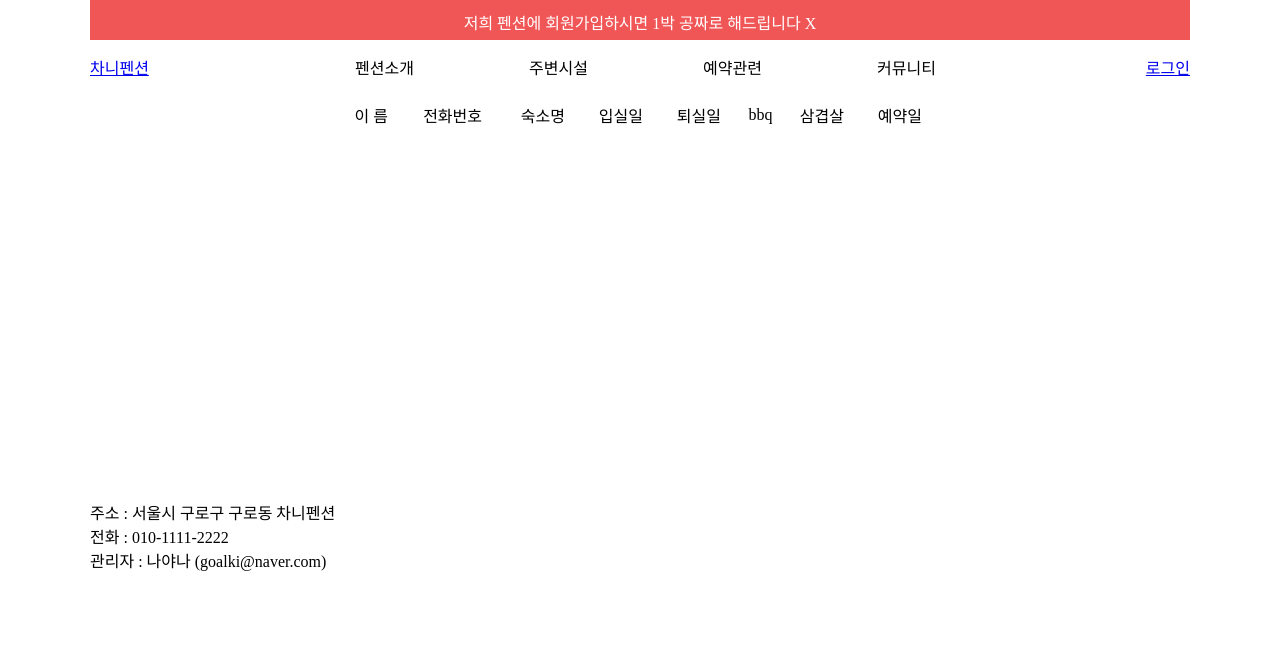
Repository: goalki/pension
Page: http://localhost/pension/admin/reserve_view.jsp
These files come from the project's save history. The page is drawn as it stood at one moment and after the next save; the edit follows.
The browser window is 1280 px wide. The pictures show the whole page.
The page is served by Tomcat 9. Other server files are loaded and not shown. Queries for data that is not in the repository find no rows.

Above is the page before, as saved 2021-01-18 07:27:03.

### pension/WebContent/admin/reserve_view.jsp
<%@ page language="java" contentType="text/html; charset=UTF-8"
    pageEncoding="UTF-8"%>
<%@ include file="../top.jsp" %>
<%@ taglib prefix="c" uri="http://java.sun.com/jsp/jstl/core" %>
<%@page import="pension.dao.Dao" %>
<%@page import="java.util.ArrayList" %>
<%@page import="pension.dto.ReserveDto" %>
<%
   // reserve테이블에 모두 읽어와서 출력
   Dao dao=new Dao();
   ArrayList<ReserveDto> list=dao.admin_reserve();
   pageContext.setAttribute("list", list);
%>
 <style>
  #section {
    width:1100px;
    height:400px;
    margin:auto;
    text-align:center;
  }
  #section #reserve {
    width:700px;
    margin:auto;
  }
 </style>
 <div id="section">
   <div id="reserve">
      <table width="600" align="center">
        <tr>
          <td> 이 름 </td>
          <td> 전화번호 </td>
          <td> 숙소명 </td>
          <td> 입실일 </td>
          <td> 퇴실일 </td>
          <td> bbq </td>
          <td> 삼겹살 </td>
          <td> 예약일 </td>
        </tr>
       <c:forEach var="rdto" items="${list}">
        <tr>
          <td> ${rdto.name} </td>
          <td> ${rdto.phone} </td>
          <td> ${rdto.roomname} </td>
          <td> ${rdto.inday} </td>
          <td> ${rdto.outday} </td>
          <td> ${rdto.bbq} </td>
          <td> ${rdto.pork} </td>
          <td> ${rdto.writeday} </td>
        </tr>
       </c:forEach>
      </table>
   </div>
 </div>

<%@ include file="../bottom.jsp" %>

### pension/WebContent/top.jsp
<%@ page language="java" contentType="text/html; charset=UTF-8"
    pageEncoding="UTF-8"%>
<%@ taglib prefix="c" uri="http://java.sun.com/jsp/jstl/core" %>

<!DOCTYPE html>
<html>       <!-- index.jsp -->
<head>
<meta charset="UTF-8">
<title>Insert title here</title>
  <style>
    body {
      margin:0px;
    }
    #first {  /* 광고관련 1층 */
      width:1100px;
      height:30px;
      margin:auto;
      background:#f15657;
      text-align:center;
      padding-top:10px;
      color:white;
    }
    #second {  /* 로고, 메뉴 2층 */
      width:1100px;
      height:60px;
      margin:auto;
    }
    #second #left {
      padding-top:15px;
      width:100px;
      float:left;
    }
    #second #right {
      padding-top:15px;
      width:1000px;
      float:right;
      text-align:right;
    }
    #second #right #menu {
      display:inline-block;
      width:170px;
      height:30px; /* 주메뉴의 높이를 줘야 됩니다 */
      position:relative;
    }
    #second #right #menu:last-child {
      width:250px;
    }
    #second #right #menu .sub {
      position:absolute;
      width:120px;
      left:88px;
      top:10px;
      background:white;
      padding-left:0px;
      visibility:hidden;
      padding-top:10px;

    }
    #second #right #menu .sub li {
      list-style-type:none;
      text-align:center; /* 서브메뉴의 글자 중앙 */
    }


  </style>
    <script src="http://code.jquery.com/jquery-latest.js"></script>
  <script>
    function view_sub(n)
    {
    	document.getElementsByClassName("sub")[n].style.visibility="visible";
    }
    function hide_sub(n)
    {
    	document.getElementsByClassName("sub")[n].style.visibility="hidden";
    }

    $(function()
    {
    	$("#ff").click(function()
    	{
    		$("#first").slideUp();

    	});
    });
  </script>
</head>
<body>
  <div id="first">
     저희 펜션에 회원가입하시면  1박 공짜로 해드립니다
   <span id="ff"  style="cursor:pointer"> X </span>
  </div>
  <div id="second">
     <div id="left"> <a href="../main/index.jsp"> 차니펜션 </a></div>
     <div id="right">
        <span id="menu" onmouseenter="view_sub(0)" onmouseleave="hide_sub(0)"> 펜션소개
        <!-- 부메뉴 -->
           <ul class="sub">
            <li> <a href="../sogae/sogae.jsp"> 우리펜션 </a> </li>
            <li> 오시는길 </li>
           </ul>
        </span>
        <span id="menu" onmouseenter="view_sub(1)" onmouseleave="hide_sub(1)"> 주변시설
        <!-- 부메뉴 -->
           <ul class="sub">
            <li> 만리포 </li>
            <li> 연포</li>
            <li> 채석정 </li>
           </ul>
        </span>
        <span id="menu" onmouseenter="view_sub(2)" onmouseleave="hide_sub(2)"> 예약관련
         <!-- 부메뉴 -->
           <ul class="sub">
            <li>  예약 규정 </a> </li>
            <li> <a href="../reserve/reserve.jsp"> 실시간 예약 </a> </li>
           </ul>
        </span>
        <span id="menu" onmouseenter="view_sub(3)" onmouseleave="hide_sub(3)"> 커뮤니티
        <!-- 부메뉴 -->
           <ul class="sub">
            <li> 여행 후기 </li>
            <li> 자유게시판 </li>
           </ul>
        </span>
        <span id="menu">
          <!-- 로그인 전 -->
          <c:if test="${userid == null}">
           <a href="../login/login.jsp"> 로그인 </a>
          </c:if>
          <!-- 관리자 로그인 한 경우 -->
          <c:if test="${userid == 'admin'}">
           <a href="../admin/reserve_view.jsp"> 예약관리  </a> /
           <a href="../admin/member_view.jsp"> 회원관리 </a> /
           <a href="../login/logout.jsp"> 로그아웃 </a>
          </c:if>
          <!--  로그인 한 후 -->
          <c:if test="${userid != null and userid != 'admin'}">
            ${name}님!! <a href="../mypage/mypage.jsp"> 내정보 </a>  <a href="../login/logout.jsp"> 로그아웃 </a>
          </c:if>

        </span>
    </div>
  </div>
  <!-- 여기까지 1층과 2층  top.jsp -->

### pension/WebContent/bottom.jsp
<%@ page language="java" contentType="text/html; charset=UTF-8"
    pageEncoding="UTF-8"%>
 <style>
 #fifth {     /* 펜션소개 5층 */
      width:1100px;
      height:100px;
      margin:auto;
    }
 </style>
<!-- 여기부터 5층 => bottom.jsp -->
  <div id="fifth">
    주소 : 서울시 구로구 구로동 차니펜션 <br>
    전화 : 010-1111-2222 <br>
    관리자 : 나야나  (goalki@naver.com) <br>
  </div>

</body>
</html>

### pension/src/pension/dao/Dao.java
package pension.dao;

import java.sql.*;
import java.time.LocalDate;
import java.util.ArrayList;

import pension.dto.MemberDto;
import pension.dto.ReserveDto;
import pension.dto.RoomDto;

public class Dao {

	String db="jdbc:mysql://localhost:3306/pension";
	String userid="root";
    String pw="1234";
    Connection conn;
	public Dao() throws ClassNotFoundException, SQLException
	{
		Class.forName("com.mysql.jdbc.Driver"); // 기능은 무조건 메소드내에서 실행
		conn=DriverManager.getConnection(db,userid,pw);
	}
	// room 테이블의 전체내용을 가져오기
    public ArrayList<RoomDto> get_room() throws SQLException
    {
    	String sql="select name,id from room order by price asc";
    	Statement stmt=conn.createStatement();
    	ResultSet rs=stmt.executeQuery(sql);
    	ArrayList<RoomDto> list=new ArrayList<RoomDto>();
    	while(rs.next())
    	{
    		RoomDto rdto=new RoomDto();
    		rdto.setId(rs.getInt("id"));
    		rdto.setName(rs.getString("name"));
    		list.add(rdto);
    	}
    	/*
    	String sql="select name from room order by price asc";
    	Statement stmt=conn.createStatement();
    	ResultSet rs=stmt.executeQuery(sql);
    	ArrayList<String> list=new ArrayList<String>();
    	while(rs.next())
    	{
    		list.add(rs.getString("name"));
    	}
    	*/
    	return list;
    }

    // 사용자가 선택한 방의 정보를 가져오기
    public RoomDto select_room(String id) throws SQLException
    {
    	String sql="select * from room where id="+id;
    	Statement stmt=conn.createStatement();
    	ResultSet rs=stmt.executeQuery(sql);
    	rs.next();
    	RoomDto rdto=new RoomDto();
    	rdto.setId(rs.getInt("id"));
    	rdto.setName(rs.getString("name"));
    	rdto.setMax(rs.getInt("max"));
    	rdto.setMin(rs.getInt("min"));
    	rdto.setPrice(rs.getInt("price"));

    	return rdto;
    }

    public void insert(ReserveDto rdto,String userid) throws SQLException // reserve테이블에 입력값을 넣기
    {
    	// 쿼리 생성
    	String outday="date_add('"+rdto.getInday()+"', interval "+rdto.getSuk()+" day)";
    	String sql="insert into reserve(rid,name,phone,inday,outday";
    	sql=sql+",inwon1,inwon2,inwon3,bbq,pork,suk_price,etc_price,tot_price,writeday,userid) ";
    	sql=sql+" values(?,?,?,?,"+outday+",?,?,?,?,?,?,?,?,now(),?)";

    	// date_add('2021-01-05',interval 숙박일 day);
    	PreparedStatement pstmt=conn.prepareStatement(sql);
    	pstmt.setInt(1, rdto.getRid());
    	pstmt.setString(2, rdto.getName());
    	pstmt.setString(3, rdto.getPhone());
    	pstmt.setString(4, rdto.getInday());
    	//pstmt.setString(5, outday);
    	pstmt.setInt(5, rdto.getInwon1());
    	pstmt.setInt(6, rdto.getInwon2());
    	pstmt.setInt(7, rdto.getInwon3());
    	pstmt.setInt(8, rdto.getBbq());
    	pstmt.setInt(9, rdto.getPork());
    	pstmt.setInt(10, rdto.getSuk_price());
    	pstmt.setInt(11, rdto.getEtc_price());
    	pstmt.setInt(12, rdto.getTot_price());
    	pstmt.setString(13, userid);
    	pstmt.executeUpdate();
    	//System.out.println(pstmt.toString());
    	conn.close();
    }

    public ReserveDto get_reserve(String userid) throws SQLException // 방금 예약한 정보를 가져오는 메소드(1개의 레코드)
    {
    	String sql="select * from reserve where userid='"+userid+"' order by id desc limit 1";
    	Statement stmt=conn.createStatement();
    	ResultSet rs=stmt.executeQuery(sql);
    	rs.next();
    	ReserveDto rdto=new ReserveDto();
    	rdto.setId(rs.getInt("id"));
    	rdto.setRid(rs.getInt("rid"));
    	rdto.setName(rs.getString("name"));
    	rdto.setPhone(rs.getString("phone"));
    	rdto.setInday(rs.getString("inday"));
    	rdto.setOutday(rs.getString("outday"));
    	rdto.setInwon1(rs.getInt("inwon1"));
    	rdto.setInwon2(rs.getInt("inwon2"));
    	rdto.setInwon3(rs.getInt("inwon3"));
    	rdto.setBbq(rs.getInt("bbq"));
    	rdto.setPork(rs.getInt("pork"));
    	rdto.setSuk_price(rs.getInt("suk_price"));
    	rdto.setEtc_price(rs.getInt("etc_price"));
    	rdto.setTot_price(rs.getInt("tot_price"));
    	rdto.setWriteday(rs.getString("writeday"));

    	// 방이름 가져오기
    	sql="select name from room where id="+rdto.getRid();
    	rs=stmt.executeQuery(sql);
    	rs.next();
    	rdto.setRoomname(rs.getString("name"));
    	return rdto;

    }

    public int room_state(String rid, String xday) throws SQLException// y-m-d형태의 값과 room의 id(rid)값을 받아서 예약이 되었는지를 int값으로 가져온다..
    {
    	String sql="select count(*) as cnt from reserve where inday <= ?  and outday > ? and rid=? ";
    	PreparedStatement pstmt=conn.prepareStatement(sql);
    	pstmt.setString(1, xday);
    	pstmt.setString(2, xday);
    	pstmt.setString(3, rid);
    	ResultSet rs=pstmt.executeQuery();
    	rs.next();

    	return rs.getInt("cnt");
    }

    public int suk_check(String y,String m, String d, String rid) throws SQLException
    {
        int yy=Integer.parseInt(y);
        int mm=Integer.parseInt(m);
        int dd=Integer.parseInt(d);
    	LocalDate inday=LocalDate.of(yy, mm, dd);
    	int chk=0;

    	for(int i=1;i<=8;i++)
    	{
    	  LocalDate xday=inday.plusDays(i);
    	  chk=i;
    	  String sql="select * from reserve where inday <= ? and outday > ? and rid=?";
    	  PreparedStatement pstmt=conn.prepareStatement(sql);
          pstmt.setString(1, xday.toString());
          pstmt.setString(2, xday.toString());
          pstmt.setString(3, rid);

    	  ResultSet rs=pstmt.executeQuery();
          if(rs.next())  // 레코드 있으면 true, 없으면 false
          {
        	break;// 멈춘다!!
          }

    	} // for문의 끝

    	return chk; // 몇박을 나타낼지!!
    }

    public void member_ok(MemberDto mdto) throws SQLException
    {
    	String sql="insert into member(name,userid,pwd,phone,writeday) ";
    	sql=sql+" values(?,?,?,?,now())";
    	PreparedStatement pstmt=conn.prepareStatement(sql);
        pstmt.setString(1, mdto.getName());
        pstmt.setString(2, mdto.getUserid());
        pstmt.setString(3, mdto.getPwd());
        pstmt.setString(4, mdto.getPhone());

        pstmt.executeUpdate();

        conn.close();

    }

    public boolean ismember(String userid, String pwd) throws SQLException // 회원인지 아닌지  true, false
    {
    	String sql="select * from member where userid=? and pwd=?";
    	PreparedStatement pstmt=conn.prepareStatement(sql);
    	pstmt.setString(1, userid);
    	pstmt.setString(2, pwd);

    	ResultSet rs=pstmt.executeQuery(); // 레코드가 있든지, 없든지

		/*
		 * if(rs.next()) return true; else return false;
		 */
    	return rs.next();
    }

    public int isuserid(String userid) throws SQLException
    {
    	String sql="select count(*) as num from member where userid='"+userid+"'";
    	Statement stmt=conn.createStatement();
    	ResultSet rs=stmt.executeQuery(sql);
    	rs.next();
    	// 아이디가 존재하면 1, 아니면 0
    	return rs.getInt("num");
    }

    public MemberDto mypage(String userid) throws SQLException
    {
    	String sql="select * from member where userid='"+userid+"'";
    	Statement stmt=conn.createStatement();
    	ResultSet rs=stmt.executeQuery(sql);
    	rs.next();
    	MemberDto mdto=new MemberDto();
    	mdto.setName(rs.getString("name"));
    	mdto.setPhone(rs.getString("phone"));

    	return mdto;
    }

    public ArrayList<ReserveDto> my_reserve(String userid) throws SQLException
    {
    	String sql="select r2.name,r1.inday,r1.outday,r1.bbq,r1.pork";
    	sql=sql+",r1.writeday from reserve as r1, room as r2 ";
    	sql=sql+" where r1.rid=r2.id and userid='"+userid+"'";
    	System.out.println(sql);
    	Statement stmt=conn.createStatement();
    	ResultSet rs=stmt.executeQuery(sql);
    	ArrayList<ReserveDto> list=new ArrayList<ReserveDto>();
    	while(rs.next())
    	{
    	  ReserveDto rdto=new ReserveDto();
    	  rdto.setRoomname(rs.getString("name"));
    	  rdto.setInday(rs.getString("inday"));
    	  rdto.setOutday(rs.getString("outday"));
       	  rdto.setBbq(rs.getInt("bbq"));
    	  rdto.setPork(rs.getInt("pork"));
    	  rdto.setWriteday(rs.getString("writeday"));

    	  list.add(rdto);
    	}

    	return list;
    }

    public String get_name(String userid) throws SQLException
    {
    	String sql="select name from member where userid='"+userid+"'";
    	Statement stmt=conn.createStatement();
    	ResultSet rs=stmt.executeQuery(sql);
    	rs.next();
    	return rs.getString("name");
    }

    // 아이디찾기
    public String userid_search(String name, String phone) throws SQLException
    {
    	String sql="select userid from member where name=? and phone=?";
    	PreparedStatement pstmt=conn.prepareStatement(sql);
    	pstmt.setString(1, name);
    	pstmt.setString(2, phone);
    	ResultSet rs=pstmt.executeQuery();
    	if(rs.next())
    	{
    		return rs.getString("userid");
    	}
    	else
    	{
    		return "0";
    	}

    }

    // 비밀번호 찾기
    public String pwd_search(String userid, String name, String phone) throws SQLException
    {
    	String sql="select pwd from member where name=? and phone=? and userid=?";
    	PreparedStatement pstmt=conn.prepareStatement(sql);
    	pstmt.setString(1, name);
    	pstmt.setString(2, phone);
    	pstmt.setString(3, userid);
    	ResultSet rs=pstmt.executeQuery();
    	if(rs.next())
    	{
    		return rs.getString("pwd");
    	}
    	else
    	{
    		return "0";
    	}
    }


    // 관리자가 reserve테이블에 읽어오기
    public ArrayList<ReserveDto> admin_reserve() throws SQLException
    {
    	String sql="select r1.name, r1.phone, r2.name as roomname,r1.inday,r1.outday,r1.bbq,r1.pork";
    	sql=sql+",r1.writeday from reserve as r1, room as r2 ";
    	sql=sql+" where r1.rid=r2.id order by r1.id desc";
    	System.out.println(sql);
    	Statement stmt=conn.createStatement();
    	ResultSet rs=stmt.executeQuery(sql);
    	ArrayList<ReserveDto> list=new ArrayList<ReserveDto>();
    	while(rs.next())
    	{
    	  ReserveDto rdto=new ReserveDto();
    	  rdto.setName(rs.getString("name"));
    	  rdto.setPhone(rs.getString("phone"));
    	  rdto.setRoomname(rs.getString("roomname"));
    	  rdto.setInday(rs.getString("inday"));
    	  rdto.setOutday(rs.getString("outday"));
       	  rdto.setBbq(rs.getInt("bbq"));
    	  rdto.setPork(rs.getInt("pork"));
    	  rdto.setWriteday(rs.getString("writeday"));

    	  list.add(rdto);
    	}

    	return list;
    }
}

After the next save:
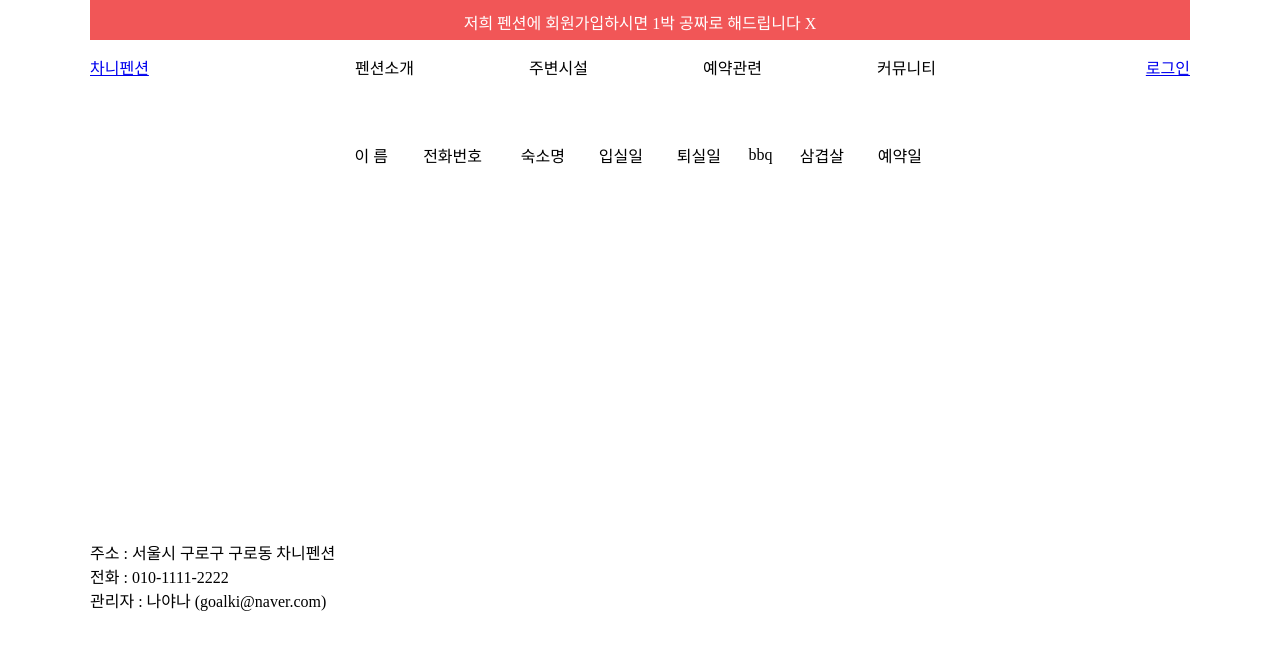
Saved 101 s later.
--- a/pension/WebContent/admin/reserve_view.jsp
+++ b/pension/WebContent/admin/reserve_view.jsp
@@ -21,6 +21,7 @@
   #section #reserve {
     width:700px;
     margin:auto;
+    margin-top:40px;
   }
  </style>
  <div id="section">
